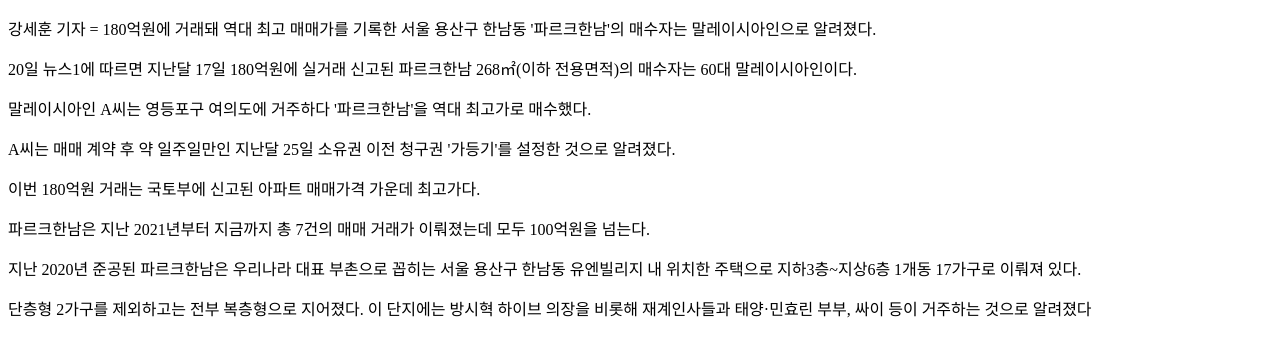
Repository: hb6700/client
Page: ClientTest/src/main/webapp/html/ex06_p.html
The author's editor kept a copy of each file at every save. The page is drawn from the files as they stood at one save, then again after the next save.
The browser window is 1280 px wide. The pictures show the whole page.

Above is the page before, as saved 2023-09-20 00:08:00.

### ClientTest/src/main/webapp/html/ex06_p.html
<!DOCTYPE html>
<html>
	<head>
		<meta charset="UTF-8">
		<title>ex06_p</title>
	</head>
	<body>
		<!--
		<p> : paragraph
		- 문단 태그
		- 텍스트 집합
		- 쌍태그
		- 혼합형
		-->
		<p>강세훈 기자 = 180억원에 거래돼 역대 최고 매매가를 기록한 서울 용산구 한남동 '파르크한남'의 매수자는 말레이시아인으로 알려졌다.</p>
		<p>20일 뉴스1에 따르면 지난달 17일 180억원에 실거래 신고된 파르크한남 268㎡(이하 전용면적)의 매수자는 60대 말레이시아인이다.</p>
		<p>말레이시아인 A씨는 영등포구 여의도에 거주하다 '파르크한남'을 역대 최고가로 매수했다.</p>
		<p>A씨는 매매 계약 후 약 일주일만인 지난달 25일 소유권 이전 청구권 '가등기'를 설정한 것으로 알려졌다.</p>
		<p>이번 180억원 거래는 국토부에 신고된 아파트 매매가격 가운데 최고가다.</p>
		<p>파르크한남은 지난 2021년부터 지금까지 총 7건의 매매 거래가 이뤄졌는데 모두 100억원을 넘는다.</p>
		<p>지난 2020년 준공된 파르크한남은 우리나라 대표 부촌으로 꼽히는 서울 용산구 한남동 유엔빌리지 내 위치한 주택으로 지하3층~지상6층 1개동 17가구로 이뤄져 있다.</p>
		<p>단층형 2가구를 제외하고는 전부 복층형으로 지어졌다. 이 단지에는 방시혁 하이브 의장을 비롯해 재계인사들과 태양·민효린 부부, 싸이 등이 거주하는 것으로 알려졌다</p>
	</body>
</html>

After the next save:
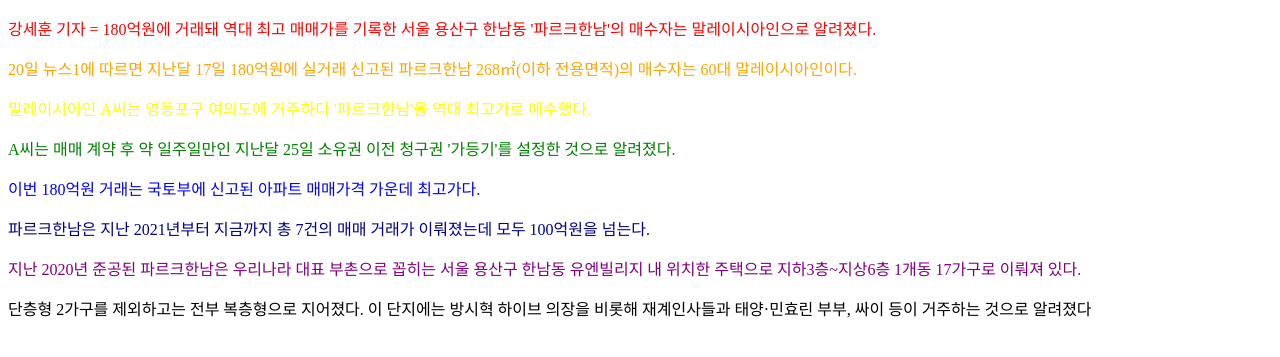
Saved 4 min 11 s later.
--- a/ClientTest/src/main/webapp/html/ex06_p.html
+++ b/ClientTest/src/main/webapp/html/ex06_p.html
@@ -12,13 +12,13 @@
 		- 쌍태그
 		- 혼합형
 		-->
-		<p>강세훈 기자 = 180억원에 거래돼 역대 최고 매매가를 기록한 서울 용산구 한남동 '파르크한남'의 매수자는 말레이시아인으로 알려졌다.</p>
-		<p>20일 뉴스1에 따르면 지난달 17일 180억원에 실거래 신고된 파르크한남 268㎡(이하 전용면적)의 매수자는 60대 말레이시아인이다.</p>
-		<p>말레이시아인 A씨는 영등포구 여의도에 거주하다 '파르크한남'을 역대 최고가로 매수했다.</p>
-		<p>A씨는 매매 계약 후 약 일주일만인 지난달 25일 소유권 이전 청구권 '가등기'를 설정한 것으로 알려졌다.</p>
-		<p>이번 180억원 거래는 국토부에 신고된 아파트 매매가격 가운데 최고가다.</p>
-		<p>파르크한남은 지난 2021년부터 지금까지 총 7건의 매매 거래가 이뤄졌는데 모두 100억원을 넘는다.</p>
-		<p>지난 2020년 준공된 파르크한남은 우리나라 대표 부촌으로 꼽히는 서울 용산구 한남동 유엔빌리지 내 위치한 주택으로 지하3층~지상6층 1개동 17가구로 이뤄져 있다.</p>
-		<p>단층형 2가구를 제외하고는 전부 복층형으로 지어졌다. 이 단지에는 방시혁 하이브 의장을 비롯해 재계인사들과 태양·민효린 부부, 싸이 등이 거주하는 것으로 알려졌다</p>
+		<p style="color:red;">강세훈 기자 = 180억원에 거래돼 역대 최고 매매가를 기록한 서울 용산구 한남동 '파르크한남'의 매수자는 말레이시아인으로 알려졌다.</p>
+		<p style="color:orange;">20일 뉴스1에 따르면 지난달 17일 180억원에 실거래 신고된 파르크한남 268㎡(이하 전용면적)의 매수자는 60대 말레이시아인이다.</p>
+		<p style="color:yellow;">말레이시아인 A씨는 영등포구 여의도에 거주하다 '파르크한남'을 역대 최고가로 매수했다.</p>
+		<p style="color:green;">A씨는 매매 계약 후 약 일주일만인 지난달 25일 소유권 이전 청구권 '가등기'를 설정한 것으로 알려졌다.</p>
+		<p style="color:blue;">이번 180억원 거래는 국토부에 신고된 아파트 매매가격 가운데 최고가다.</p>
+		<p style="color:darkblue;">파르크한남은 지난 2021년부터 지금까지 총 7건의 매매 거래가 이뤄졌는데 모두 100억원을 넘는다.</p>
+		<p style="color:purple;">지난 2020년 준공된 파르크한남은 우리나라 대표 부촌으로 꼽히는 서울 용산구 한남동 유엔빌리지 내 위치한 주택으로 지하3층~지상6층 1개동 17가구로 이뤄져 있다.</p>
+		<p style="color:black;">단층형 2가구를 제외하고는 전부 복층형으로 지어졌다. 이 단지에는 방시혁 하이브 의장을 비롯해 재계인사들과 태양·민효린 부부, 싸이 등이 거주하는 것으로 알려졌다</p>
 	</body>
 </html>
